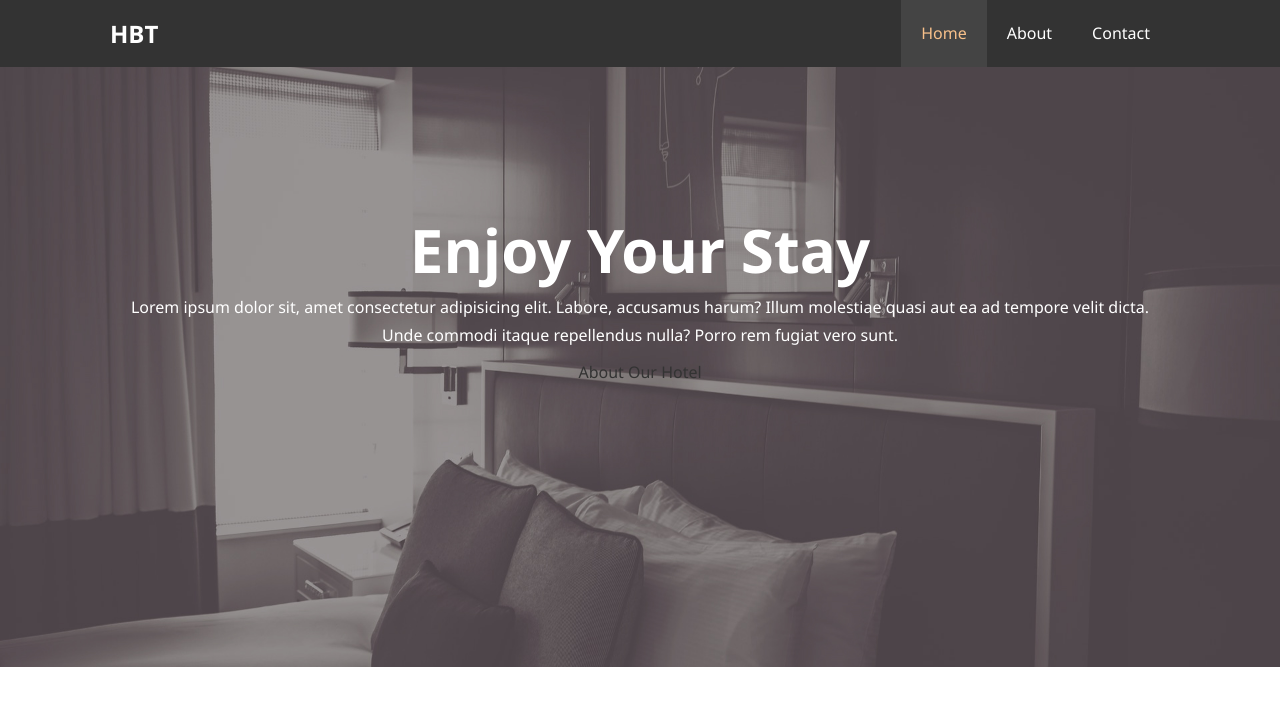
Repository: minhtien9/hotel-website
Page: index.html
These files come from the project's save history. The page is drawn as it stood at one moment and after the next save; the edit follows.
The browser window is 1280 px wide. The pictures show the whole page.

Above is the page before, as saved 2021-08-14 11:35:51.

### index.html
<!DOCTYPE html>
<html lang="en">

<head>
    <meta charset="UTF-8" />
    <meta http-equiv="X-UA-Compatible" content="IE=edge" />
    <meta name="viewport" content="width=device-width, initial-scale=1.0" />
    <meta name="description" content="Welcome to the most extraordinary hotel in Boston Massachusetts" />
    <meta name="keywords" content="hotel, boston hotel, new england hotel" />
    <link rel="stylesheet" href="css/style.css" />
    <title>Hotel BT | Welcome</title>
</head>

<body>
    <header>
        <nav id="navbar">
            <div class="container">
                <h1 class="logo">
                    <a href="index.html"></a> HBT</h1>
                <ul>
                    <li><a class="current" href="index.html">Home</a></li>
                    <li><a href="about.html">About</a></li>
                    <li><a href="contact.html">Contact</a></li>
                </ul>
            </div>
        </nav>
        <div id="showcase">
            <div class="container">
                <div class="showcase-content">
                    <h1><span class="text-primary">Enjoy </span>Your Stay</h1>
                    <p class="lead">
                        Lorem ipsum dolor sit, amet consectetur adipisicing elit. Labore, accusamus harum? Illum molestiae quasi aut ea ad tempore velit dicta. Unde commodi itaque repellendus nulla? Porro rem fugiat vero sunt.
                    </p>
                    <a class="btn" href="about.html">About Our Hotel</a>
                </div>
            </div>
        </div>
    </header>
</body>

</html>

### css/style.css
/* Reset */

* {
    margin: 0;
    padding: 0;
    box-sizing: border-box;
}


/* Main Styling */

html,
body {
    font-family: 'Segoe UI', Tahoma, Geneva, Verdana, sans-serif;
    line-height: 1.7em;
}

a {
    color: #333;
    text-decoration: none;
}

h1,
h2,
h3 {
    padding-bottom: 20px;
}

p {
    margin: 10px 0;
}


/* Utility Classes */

.container {
    margin: auto;
    max-width: 1100px;
    overflow: auto;
    padding: 0 20px;
}


/* Navbar */

#navbar {
    background: #333;
    color: #fff;
    overflow: auto;
}

#navbar a {
    color: #fff;
}

#navbar h1 {
    float: left;
    padding-top: 20px;
}

#navbar ul {
    list-style: none;
    float: right;
}

#navbar ul li {
    float: left;
}

#navbar ul li a {
    display: block;
    padding: 20px;
    text-align: center;
}

#navbar ul li a:hover,
#navbar ul li a.current {
    background: #444;
    color: #f7c08a;
}


/* Show case */

#showcase {
    background: url('../img/showcase.jpg') no-repeat center center/cover;
    height: 600px;
}

#showcase .showcase-content {
    color: #fff;
    text-align: center;
    padding-top: 170px;
}

#showcase .showcase-content h1 {
    font-size: 60px;
}

After the next save:
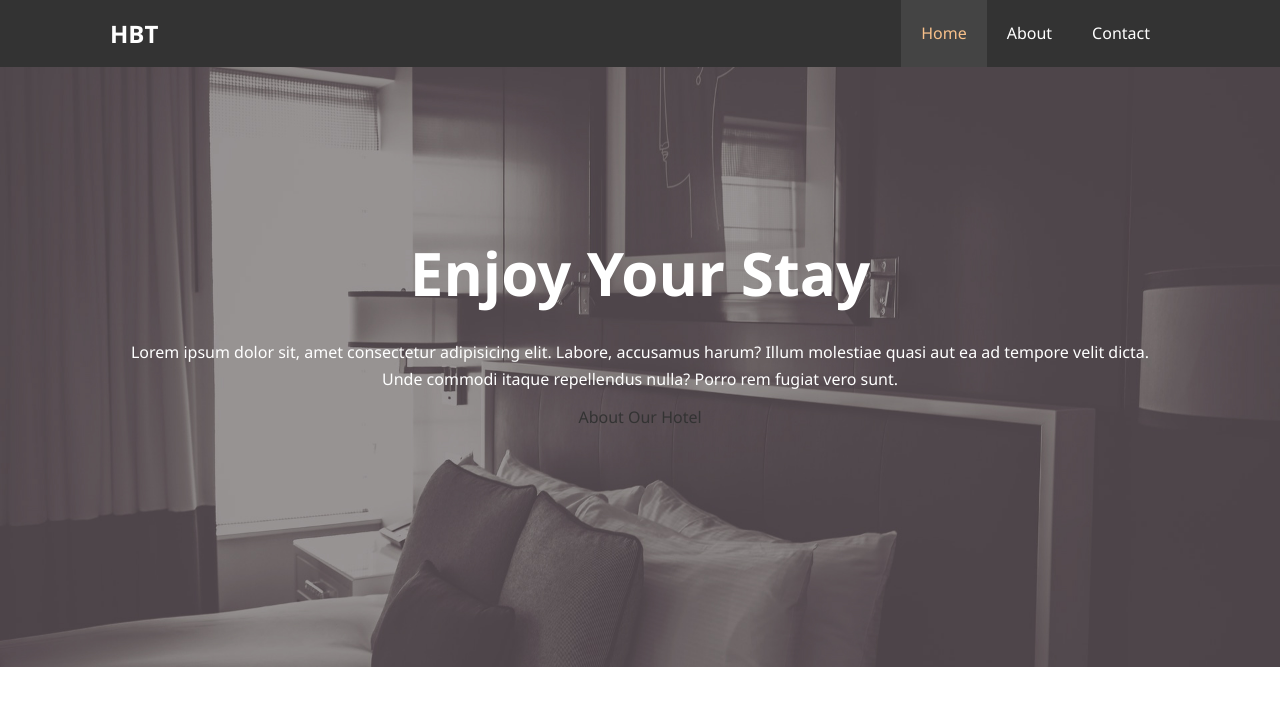
Saved 22 s later.
--- a/css/style.css
+++ b/css/style.css
@@ -95,4 +95,5 @@ p {
 
 #showcase .showcase-content h1 {
     font-size: 60px;
+    line-height: 1.2em;
 }
